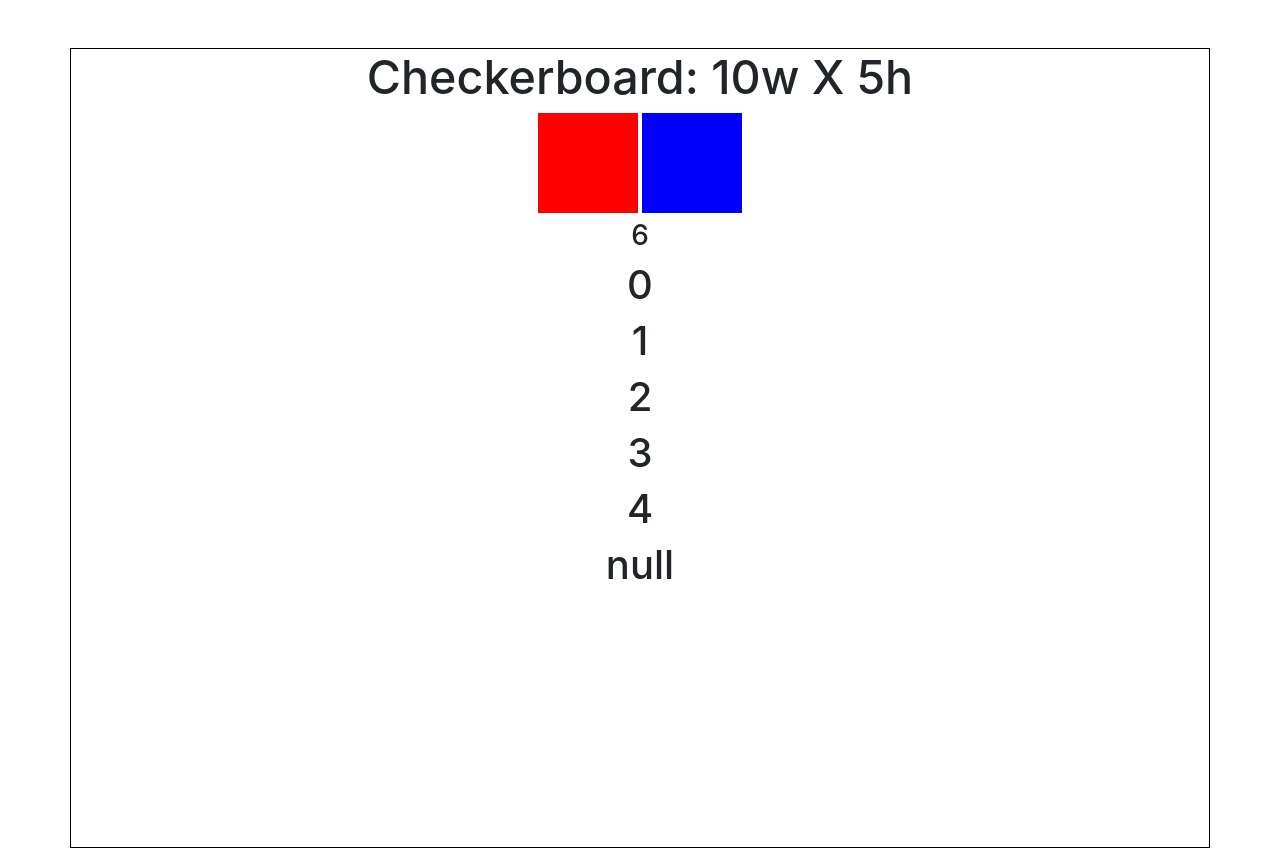
Repository: ACow3/java
Page: http://localhost/Checkerboard/checkerboard.jsp
The author's editor kept a copy of each file at every save. The page is drawn from the files as they stood at one save, then again after the next save.
The browser window is 1280 px wide. The pictures show the whole page.
The page is served by Tomcat 9.

Above is the page before, as saved 2019-08-09 01:00:07.

### javaOOP/Checkerboard/WebContent/checkerboard.jsp
<%@ page language="java" contentType="text/html; charset=UTF-8"
    pageEncoding="UTF-8"%>
<!DOCTYPE html>
<html>
<head>
<meta charset="UTF-8">
<link rel="stylesheet" href="https://stackpath.bootstrapcdn.com/bootstrap/4.3.1/css/bootstrap.min.css" integrity="sha384-ggOyR0iXCbMQv3Xipma34MD+dH/1fQ784/j6cY/iJTQUOhcWr7x9JvoRxT2MZw1T" crossorigin="anonymous">
<title>Checkerboard</title>
<style>
	.container{
		text-align: center;
		width: 1200px;
		height: 800px;
		border: 1px solid black;
	}

	.cb_title{
		font-size: 35pt;
		text-align: center;
	}

	.red_box{
		width: 100px;
		height: 100px;
		background-color: red;
		display: inline-block;

	}
	.blue_box{
		width: 100px;
		height: 100px;
		background-color: blue;
		display: inline-block;

	}
</style>
</head>
<body>

	<div class="mastercontainer">
		<div class="container mt-5">
		<h1 class="cb_title">Checkerboard: 10w X 5h</h1>

			<div class="red_box"></div>
			<div class="blue_box"></div>


			<%!
	public int add(int a, int b) {
		return a + b;
	}
	%>

	<%
	int i = 2;
	int j = 4;
	%>

	<h3><%= add(i, j) %></h3>
	<% for(int index = 0; index < 5; index++) { %>
		<h1><%= index %></h1>
	<% } %>

	<!-- getting the value for the name parameter -->
    <% String req = request.getParameter("name"); %>
    <!-- displaying the value -->
    <h1><%= req %></h1>


		</div>

	</div>

</body>
</html>

After the next save:
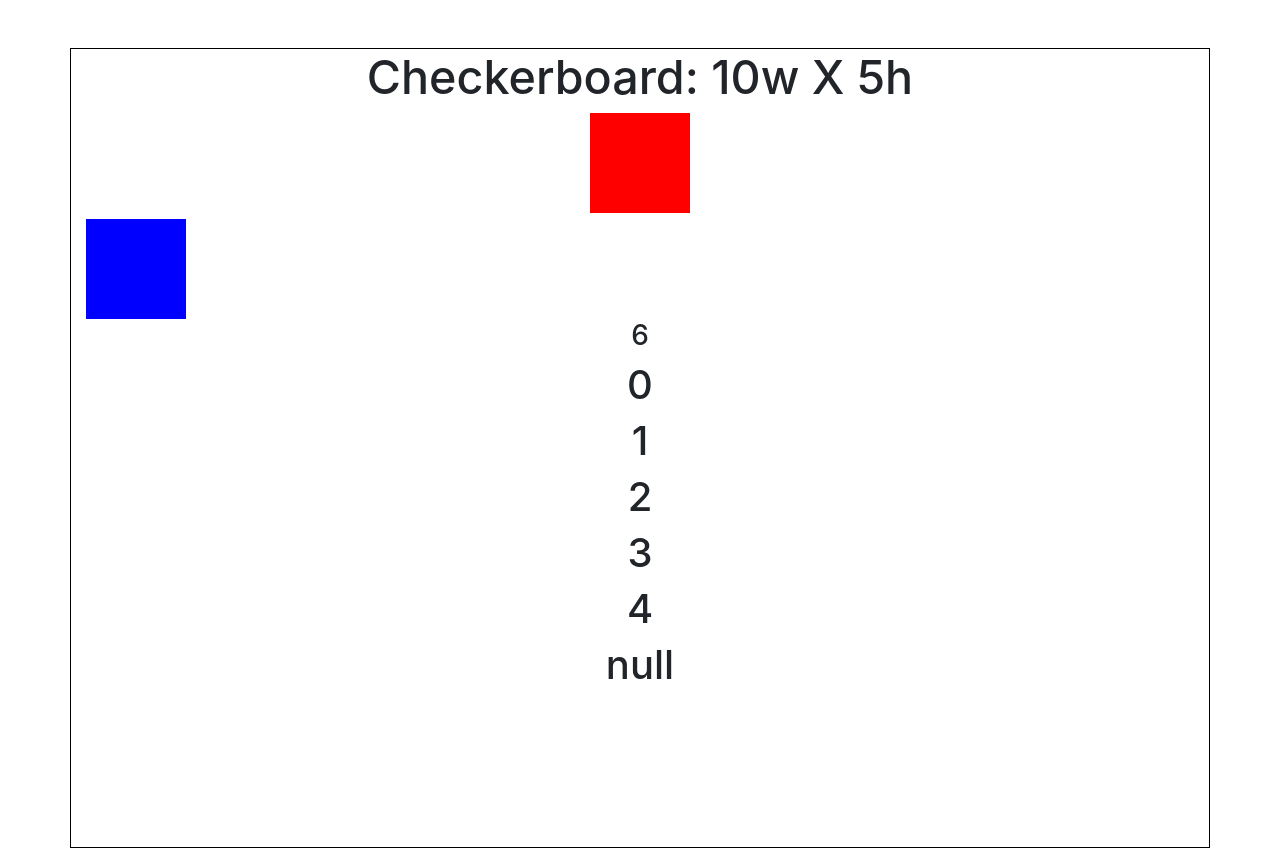
Saved 89 s later.
--- a/javaOOP/Checkerboard/WebContent/checkerboard.jsp
+++ b/javaOOP/Checkerboard/WebContent/checkerboard.jsp
@@ -30,7 +30,7 @@
 		width: 100px;
 		height: 100px;
 		background-color: blue;
-		display: inline-block;
+
 
 	}
 </style>

After the save that followed:
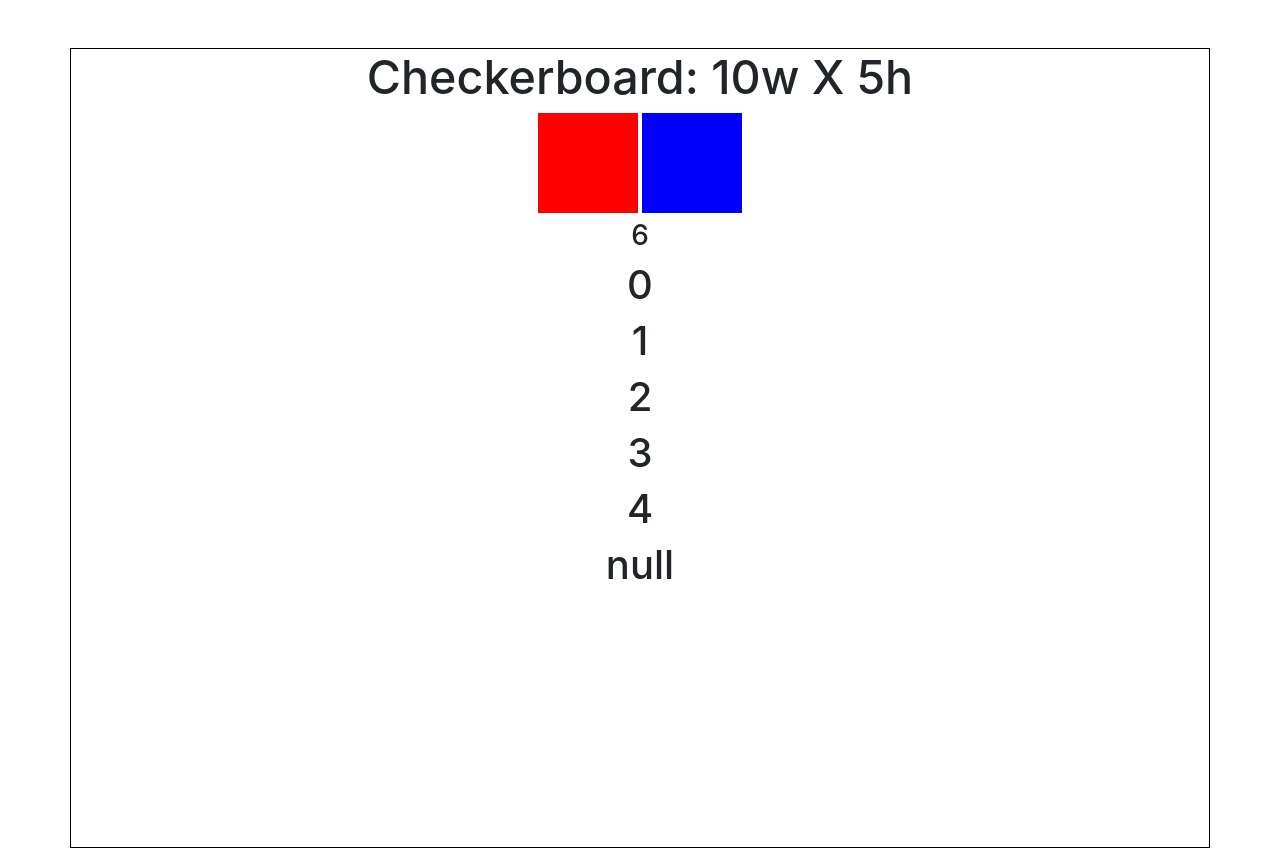
Saved 22 s later.
--- a/javaOOP/Checkerboard/WebContent/checkerboard.jsp
+++ b/javaOOP/Checkerboard/WebContent/checkerboard.jsp
@@ -30,7 +30,7 @@
 		width: 100px;
 		height: 100px;
 		background-color: blue;
-
+		display: inline-block;
 
 	}
 </style>
